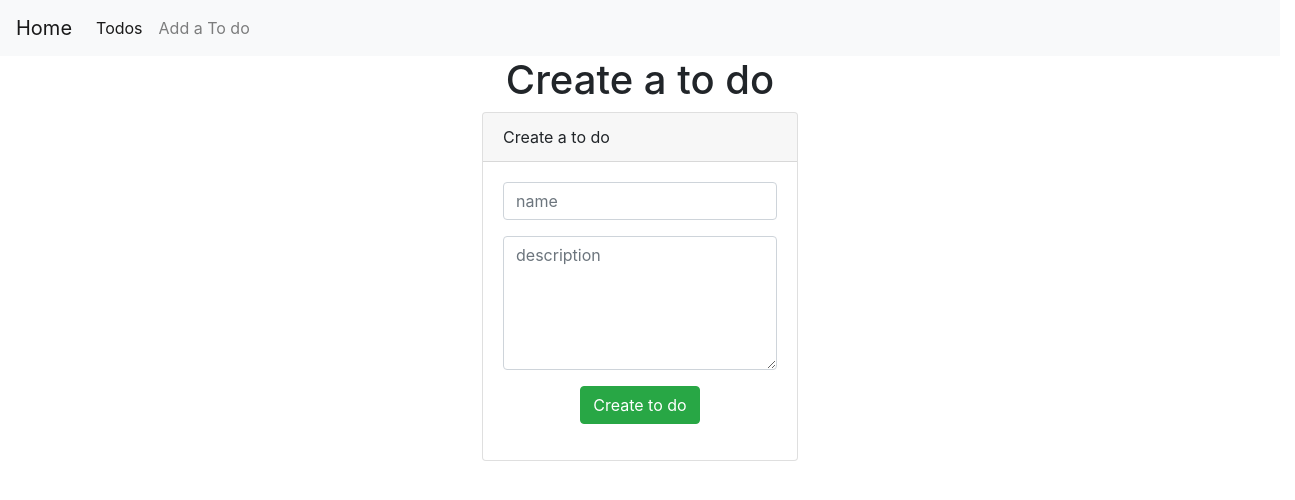
Repository: Azariagmt/laravel-to-do-app
Page: resources/views/todos/edit.blade.php
The author's editor kept a copy of each file at every save. The page is drawn from the files as they stood at one save, then again after a run of saves.
The browser window is 1280 px wide. The page is 1295 px wide, so the pictures cover 1295 px, including what lies to the right of the window. The pictures show the whole page.
The page is served by the project's Laravel application, run on PHP 8.4 with Laravel 8. The template is opened directly, without the code that normally fills it, so the values that code supplies are empty.

Above is the page before, as saved 2020-04-28 08:27:29.

After the next 2 saves:
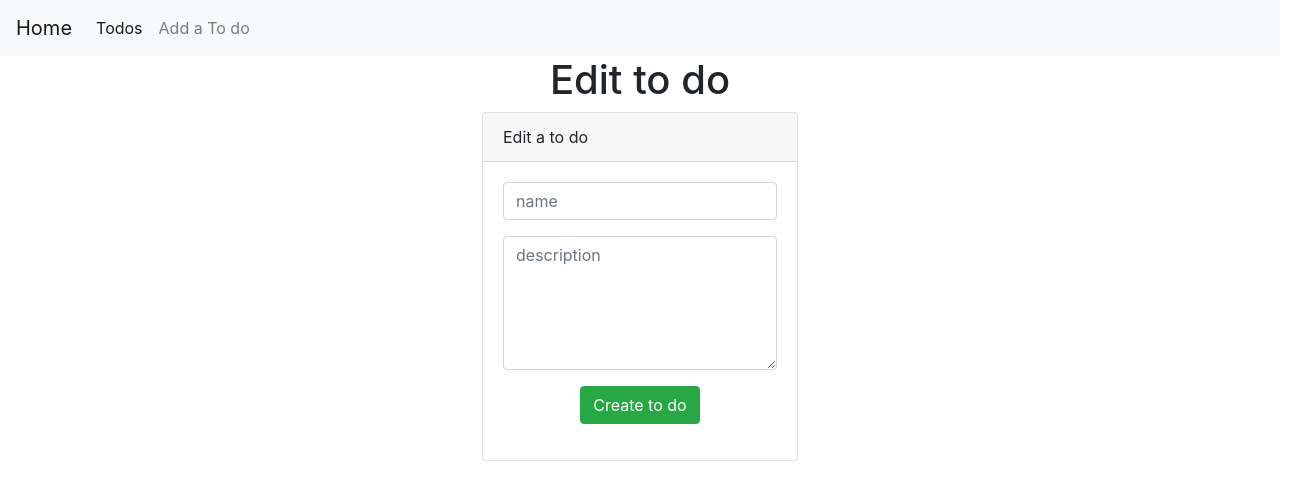
The 2 saves are shown as one change because they came seconds apart.
The last was saved 52 s later.
--- a/resources/views/todos/edit.blade.php
+++ b/resources/views/todos/edit.blade.php
@@ -2,12 +2,12 @@
 
 @section('content')
 <h1 class="text-center">
-Create a to do
+Edit to do
 </h1>
 <div class="row justify-content-center">
 <div class="card card-default">
 <div class="card-header">
-Create a to do
+Edit a to do
 @if ($errors->any())
     <div class="alert alert-danger">
         <ul>
